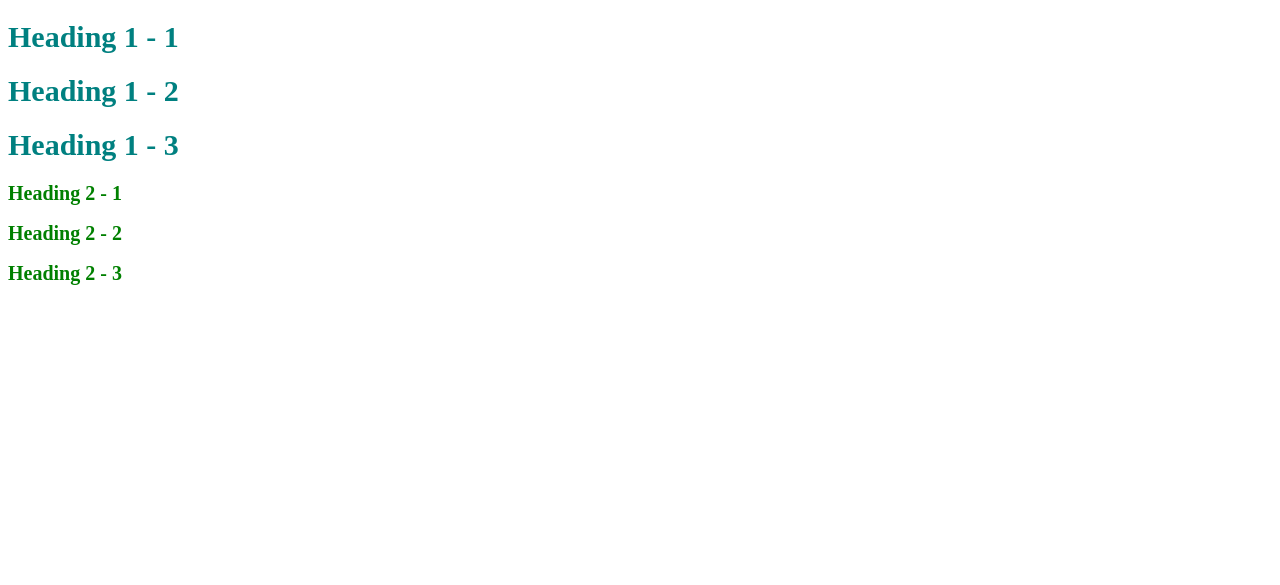
Repository: alcarrizo/Cartoon-Hero
Page: style-test.html
The author's editor kept a copy of each file at every save. The page is drawn from the files as they stood at one save, then again after the next save.
The browser window is 1280 px wide. The pictures show the whole page.

Above is the page before, as saved 2022-10-03 14:19:02.

### style-test.html
<!DOCTYPE html>
<html lang="en">
<head>
    <meta charset="UTF-8">
    <meta http-equiv="X-UA-Compatible" content="IE=edge">
    <meta name="viewport" content="width=device-width, initial-scale=1.0">
    <title>style-test page</title>
    <style type="text/css">
        h1{
            font-size: 30px;
            color:teal;
        }
        h2{
            font-size: 20px;
            color: red;
        }
        h2{
            color: green;
        }
    </style>
</head>
<body>
    <h1>Heading 1 - 1</h1>
    <h1 class="big">Heading 1 - 2</h1>
    <h1>Heading 1 - 3</h1>
    <h2 class="big">Heading 2 - 1</h2>
    <h2>Heading 2 - 2</h2>
    <h2 class="big">Heading 2 - 3</h2>

</body>
</html>

After the next save:
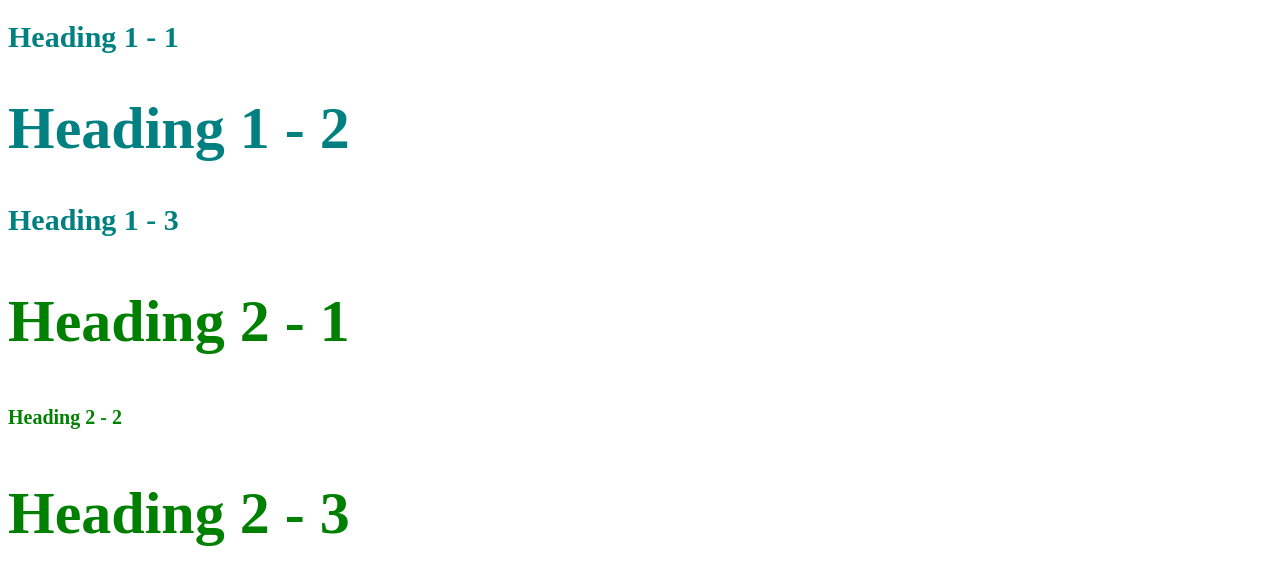
Saved 23 s later.
--- a/style-test.html
+++ b/style-test.html
@@ -17,6 +17,10 @@
         h2{
             color: green;
         }
+        .big{
+            font-size: 60px;
+
+        }
     </style>
 </head>
 <body>
